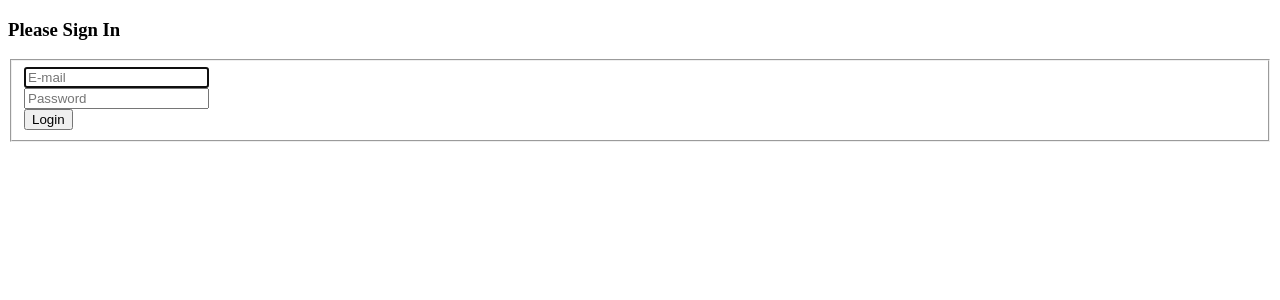
Repository: totientoan/forgotPass
Page: http://localhost/login
The author's editor kept a copy of each file at every save. The page is drawn from the files as they stood at one save, then again after the next save.
The browser window is 1280 px wide. The pictures show the whole page.
The page is served by the project's Laravel application, run on PHP 8.4 with Laravel 8.

Above is the page before, as saved 2020-10-29 15:34:14.

After the next save:
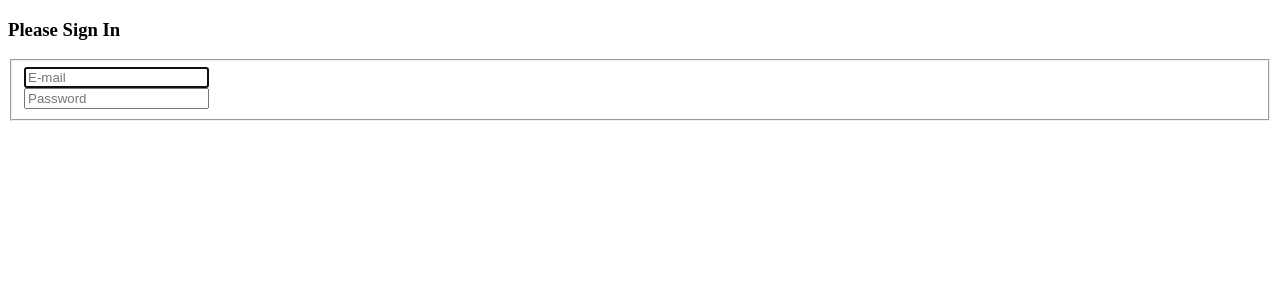
Saved 4 min 42 s later.
--- a/resources/views/dangnhap.blade.php
+++ b/resources/views/dangnhap.blade.php
@@ -51,7 +51,8 @@
                                 <div class="form-group">
                                     <input class="form-control" placeholder="Password" name="password" type="password" value="">
                                 </div>
-                                <button type="submit" class="btn btn-lg btn-success btn-block">Login</button>
+                                {{-- <button type="submit" class="btn btn-lg btn-success btn-block">Login</button> --}}
+                                <a href=""></a>
                             </fieldset>
                         </form>
                     </div>
